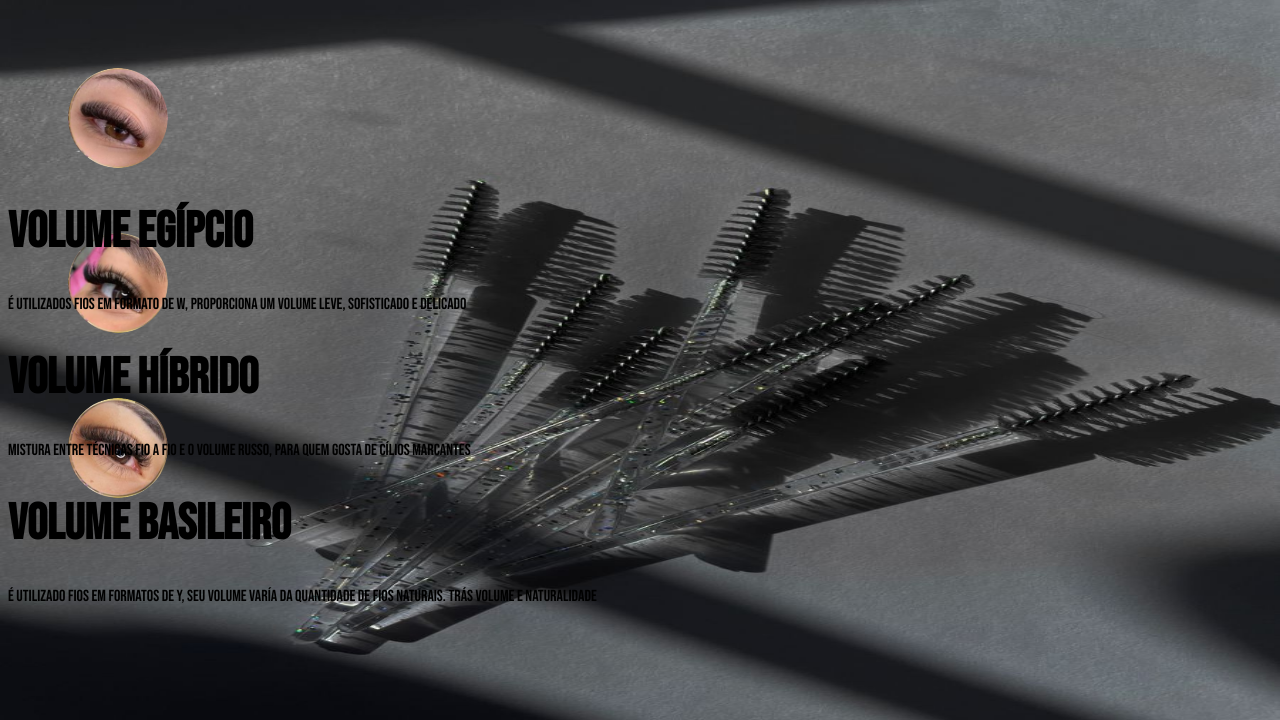
Repository: ketlyn-lash-designer/Ketlyn_Lash_Designer
Page: src/Pages/Modelos.html
An editor plug-in stored every save of this project. The page is shown before and after a run of saves, followed by the edit.
The browser window is 1280 px wide. The pictures show the whole page.

Above is the page before, as saved 2024-03-29 21:47:37.

### src/Pages/Modelos.html
<!DOCTYPE html>
<html lang="en">
  <head>
    <meta charset="UTF-8" />
    <meta name="viewport" content="width=device-width, initial-scale=1.0" />
    <link rel="stylesheet" href="../Styles/Modelos.css" />
    <link rel="preconnect" href="https://fonts.googleapis.com" />
    <link rel="preconnect" href="https://fonts.gstatic.com" crossorigin />
    <link
      href="https://fonts.googleapis.com/css2?family=Bebas+Neue&display=swap"
      rel="stylesheet"
    />
    <title>Document</title>
  </head>
  <body>
    <div class="modelos">
      <img src="../Images/volume-egípcio.png" alt="" />
      <img src="../Images/volume-hibrido.png" alt="" />
      <img src="../Images/volume-brasileiro.png" alt="" />
    </div>
    <div id="descricao">
      <h1>Volume Egípcio</h1>
      <p>
        É utilizados fios em formato de w, proporciona um volume leve,
        sofisticado e delicado
      </p>
      <h1>Volume Híbrido</h1>
      <p>
        Mistura entre técnicas fio a fio e o volume russo, para quem gosta de
        cílios marcantes
      </p>
      <h1>Volume Basileiro</h1>
      <p>
        É utilizado fios em formatos de y, seu volume varía da quantidade de
        fios naturais. Trás volume e naturalidade
      </p>
    </div>
  </body>
</html>

### src/Styles/Modelos.css
:root {
  --cor-cinza: #4b4949;
  --cor-rosa: #ff1493;
  --font-family: "Bebas Neue", sans-serif;
}

body {
  background-image: url("../Images/escovinhaspretas.jpg");
  background-size: 100% 100%;
  font-family: var(--font-family);
  background-position: center;
  background-attachment: fixed;
  background-repeat: no-repeat;
  overflow: hidden;
}

.modelos,
img {
  width: 100px;
  height: 100px;
	padding: 30px;
  border-radius: 50%;
}

#descricao {
	h1 {
		font-size: 50px;
	}
}

After the next 2 saves:
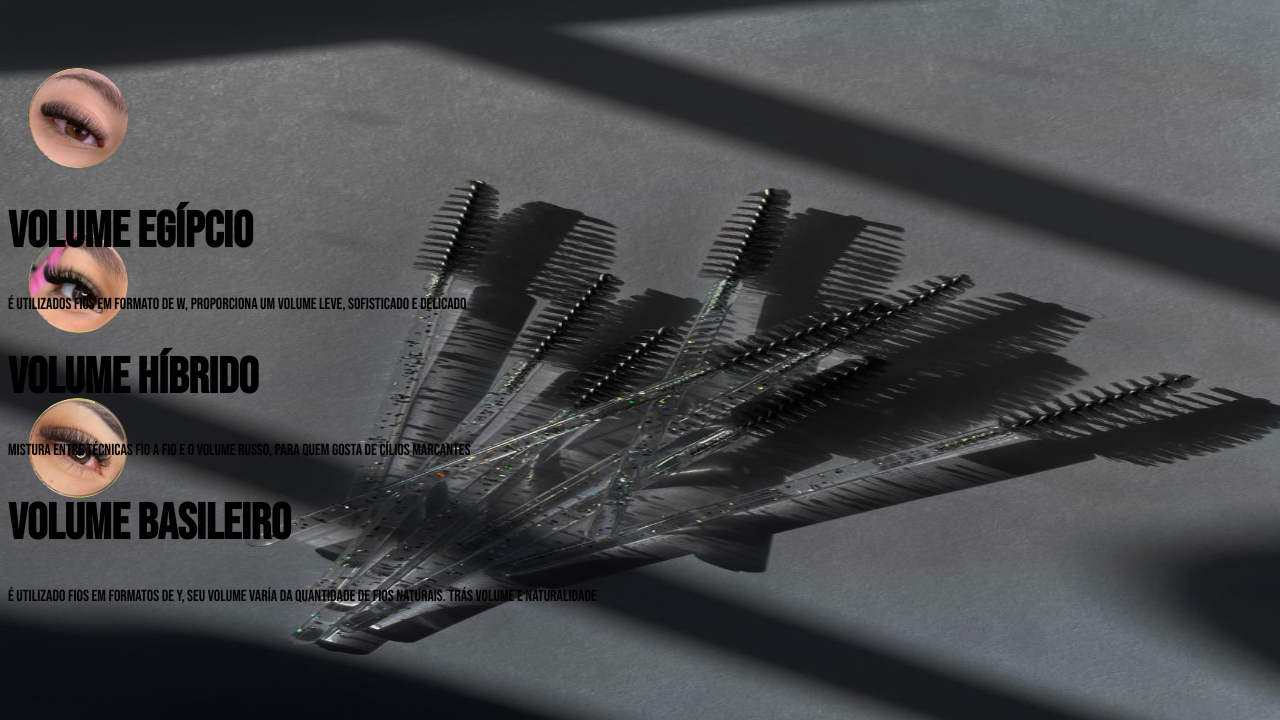
The 2 saves are shown as one change because they came seconds apart.
The last was saved 13 s later.
--- a/src/Styles/Modelos.css
+++ b/src/Styles/Modelos.css
@@ -18,7 +18,7 @@
 img {
   width: 100px;
   height: 100px;
-	padding: 30px;
+	padding: 30px 10px;
   border-radius: 50%;
 }
 
